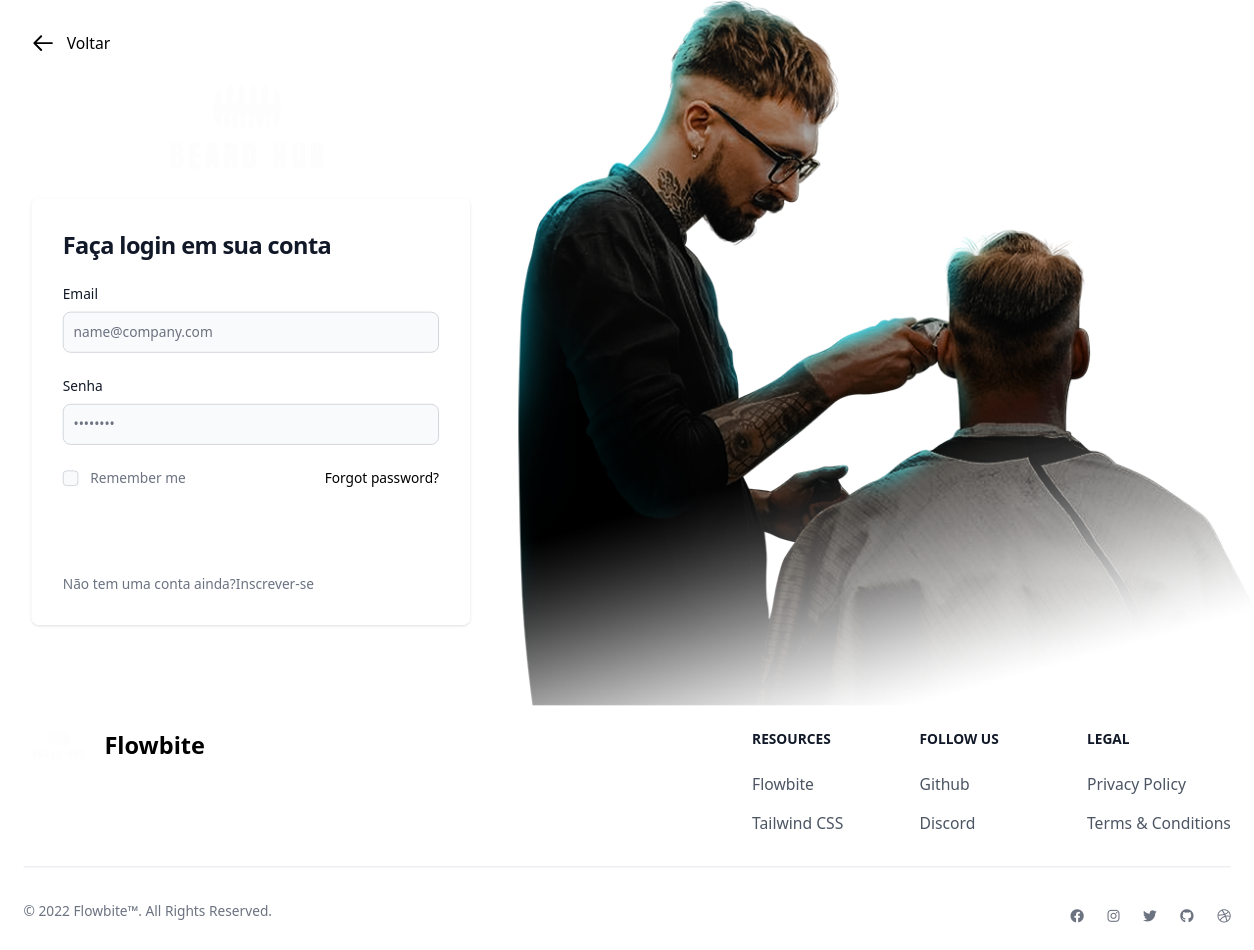
Repository: nailson493/BerdHub
Page: http://localhost/BerbeHub/login.php
These files come from the project's save history. The page is drawn as it stood at one moment and after the next save; the edit follows.
The browser window is 1280 px wide. The pictures show the whole page, at 98% of full size.
Some web libraries are served in a nearby version. The page is run by PHP 8.4 with error messages shown; the project is at /var/www/html/.

Above is the page before, as saved 2022-12-01 22:07:21.

### BerbeHub/login.php
<!DOCTYPE html>
<html lang="en">
<head>
    <meta charset="UTF-8">
    <meta http-equiv="X-UA-Compatible" content="IE=edge">
    <meta name="viewport" content="width=device-width, initial-scale=1.0">
    <title></title>
    <link rel="stylesheet" href="https://unpkg.com/flowbite@1.5.4/dist/flowbite.min.css" />
    <script src="https://unpkg.com/flowbite@1.5.4/dist/flowbite.js"></script>
    <link rel="stylesheet" href="pg.css">
    <script src="https://cdn.tailwindcss.com"></script>
    <link
    href="https://cdnjs.cloudflare.com/ajax/libs/font-awesome/6.0.0/css/all.min.css" rel="stylesheet"/>

    <script src="https://cdn.tailwindcss.com?plugins=forms,typography,aspect-ratio,line-clamp"></script>
    <!-- Font Awesome -->
    <link
    href="https://cdnjs.cloudflare.com/ajax/libs/font-awesome/6.0.0/css/all.min.css" rel="stylesheet"/>


</head>
<body>
    <section class="dark:bg-gray-900 bg-local bg-no-repeat w-screen h-screen bg-right-top" style="background-image: url(img/ksdnakfaf.png)">
    <div class="sticky btn-back">
    <a href="inicial.html" class="fixed left-8 top-8 dark:text-white"><svg class="h-6 dark:text-white" fill="none" stroke="currentColor" viewBox="0 0 24 24" xmlns="http://www.w3.org/2000/svg"><path stroke-linecap="round" stroke-linejoin="round" stroke-width="2" d="M10 19l-7-7m0 0l7-7m-7 7h18"></path></svg><p class="ml-9 -mt-6">Voltar</p></a>
    </div>
        <div class="flex flex-col items-center justify-center md:h-screen content-center max-w-lg" >
            <a href="#" class="flex items-center mb-6 text-2xl font-semibold text-gray-900 dark:text-white">
                <img class="w-25 h-24 mr-2" id="logo" src="img/logo.png" alt="logo">
            </a>
            <div class="w-full bg-white rounded-lg shadow dark:border md:mt-0 sm:max-w-md xl:p-0 dark:bg-gray-800 dark:border-gray-700">
                <div class="p-6 space-y-4 md:space-y-6 sm:p-8">
                    <h1 class="text-xl font-bold leading-tight tracking-tight text-gray-900 md:text-2xl dark:text-white">
                        Faça login em sua conta
                    </h1>
                    <form class="space-y-4 md:space-y-6" action="#">
                        <div>
                            <label for="email" class="block mb-2 text-sm font-medium text-gray-900 dark:text-white">Email</label>
                            <input type="email" name="email" id="email" class="bg-gray-50 border border-gray-300 text-gray-900 sm:text-sm rounded-lg focus:ring-primary-600 focus:border-primary-600 block w-full p-2.5 dark:bg-gray-700 dark:border-gray-600 dark:placeholder-gray-400 dark:text-white dark:focus:ring-blue-500 dark:focus:border-blue-500" placeholder="name@company.com" required="">
                        </div>
                        <div>
                            <label for="password" class="block mb-2 text-sm font-medium text-gray-900 dark:text-white">Senha</label>
                            <input type="password" name="password" id="password" placeholder="••••••••" class="bg-gray-50 border border-gray-300 text-gray-900 sm:text-sm rounded-lg focus:ring-primary-600 focus:border-primary-600 block w-full p-2.5 dark:bg-gray-700 dark:border-gray-600 dark:placeholder-gray-400 dark:text-white dark:focus:ring-blue-500 dark:focus:border-blue-500" required="">
                        </div>
                        <div class="flex items-center justify-between">
                            <div class="flex items-start">
                                <div class="flex items-center h-5">
                                  <input id="remember" aria-describedby="remember" type="checkbox" class="w-4 h-4 border border-gray-300 rounded bg-gray-50 focus:ring-3 focus:ring-primary-300 dark:bg-gray-700 dark:border-gray-600 dark:focus:ring-primary-600 dark:ring-offset-gray-800" required="">
                                </div>
                                <div class="ml-3 text-sm">
                                  <label for="remember" class="text-gray-500 dark:text-gray-300">Remember me</label>
                                </div>
                            </div>
                            <a href="#" class="text-sm font-medium text-primary-600 hover:underline dark:text-primary-500">Forgot password?</a>
                        </div>
                        <button type="submit" class="w-full text-white bg-primary-600 hover:bg-primary-700 focus:ring-4 focus:outline-none focus:ring-primary-300 font-medium rounded-lg text-sm px-5 py-2.5 text-center dark:bg-primary-600 dark:hover:bg-primary-700 dark:focus:ring-primary-800">Sign in</button>
                        <p class="text-sm font-light text-gray-500 dark:text-gray-400">
                            Não tem uma conta ainda?<a href="#" class="font-medium text-primary-600 hover:underline dark:text-primary-500">Inscrever-se</a>
                        </p>
                    </form>
                </div>
            </div>
        </div>
      </section>


      <footer class="p-4 bg-white sm:p-6 dark:bg-gray-900">
        <div class="md:flex md:justify-between">
            <div class="mb-6 md:mb-0">
                <a href="https://flowbite.com/" class="flex items-center">
                    <img src="img/logo.png" class="mr-3 h-8" alt="FlowBite Logo" />
                    <span class="self-center text-2xl font-semibold whitespace-nowrap dark:text-white">Flowbite</span>
                </a>
            </div>
            <div class="grid grid-cols-2 gap-8 sm:gap-6 sm:grid-cols-3">
                <div>
                    <h2 class="mb-6 text-sm font-semibold text-gray-900 uppercase dark:text-white">Resources</h2>
                    <ul class="text-gray-600 dark:text-gray-400">
                        <li class="mb-4">
                            <a href="https://flowbite.com/" class="hover:underline">Flowbite</a>
                        </li>
                        <li>
                            <a href="https://tailwindcss.com/" class="hover:underline">Tailwind CSS</a>
                        </li>
                    </ul>
                </div>
                <div>
                    <h2 class="mb-6 text-sm font-semibold text-gray-900 uppercase dark:text-white">Follow us</h2>
                    <ul class="text-gray-600 dark:text-gray-400">
                        <li class="mb-4">
                            <a href="https://github.com/themesberg/flowbite" class="hover:underline ">Github</a>
                        </li>
                        <li>
                            <a href="https://discord.gg/4eeurUVvTy" class="hover:underline">Discord</a>
                        </li>
                    </ul>
                </div>
                <div>
                    <h2 class="mb-6 text-sm font-semibold text-gray-900 uppercase dark:text-white">Legal</h2>
                    <ul class="text-gray-600 dark:text-gray-400">
                        <li class="mb-4">
                            <a href="#" class="hover:underline">Privacy Policy</a>
                        </li>
                        <li>
                            <a href="#" class="hover:underline">Terms &amp; Conditions</a>
                        </li>
                    </ul>
                </div>
            </div>
        </div>
        <hr class="my-6 border-gray-200 sm:mx-auto dark:border-gray-700 lg:my-8" />
        <span class="text-sm text-gray-500 sm:text-center dark:text-gray">© 2022 <a href="https://flowbite.com/" class="hover:underline">Flowbite™</a>. All Rights Reserved.
        <div class="sm:flex sm:items-center sm:justify-between -mt-4">
            <span class="text-sm text-gray-500 sm:text-center dark:text-gray-4JUdGzvrMFDWrUUwY3toJATSeNwjn54LkCnKBPRzDuhzi5vSepHfUckJNxRL2gjkNrSqtCoRUrEDAgRwsQvVCjZbRyFTLRNyDmT1a1boZV"></span>
            <div class="flex mt-4 space-x-6 sm:justify-center sm:mt-0">
                <a href="#" class="text-gray-500 hover:text-gray-900 dark:hover:text-white">
                    <i class="fa-brands fa-facebook"></i>
                    <span class="sr-only">Facebook page</span>
                </a>
                <a href="#" class="text-gray-500 hover:text-gray-900 dark:hover:text-white">
                    <i class="fa-brands fa-instagram"></i>
                    <span class="sr-only">Instagram page</span>
                </a>
                <a href="#" class="text-gray-500 hover:text-gray-900 dark:hover:text-white">
                    <i class="fa-brands fa-twitter"></i>
                    <span class="sr-only">Twitter page</span>
                </a>
                <a href="#" class="text-gray-500 hover:text-gray-900 dark:hover:text-white">
                    <i class="fa-brands fa-github"></i>
                    <span class="sr-only">GitHub account</span>
                </a>
                <a href="#" class="text-gray-500 hover:text-gray-900 dark:hover:text-white">
                    <i class="fa-brands fa-dribbble"></i>
                    <span class="sr-only">Dribbbel account</span>
                </a>
            </div>
        </div>
    </footer>


    </body>
</html>

### BerbeHub/pg.css
#fundo{
    width: 400px;
    height: 200px;
    left: 0%;
    background-image: url(img/ksdnakfaf.png);
    background-repeat: no-repeat;
    background-attachment: fixed;
}




.btn-back:hover{
        width: 10px;
        height: 10px;
        animation: zoom-in-zoom-out 1s ease infinite;
      }

      @keyframes zoom-in-zoom-out {
        0% {
          transform: scale(0.9, 0.9);
        }
        50% {
          transform: scale(1.0, 1.0);
        }
        100% {
          transform: scale(1, 1);
        }
      }

After the next save:
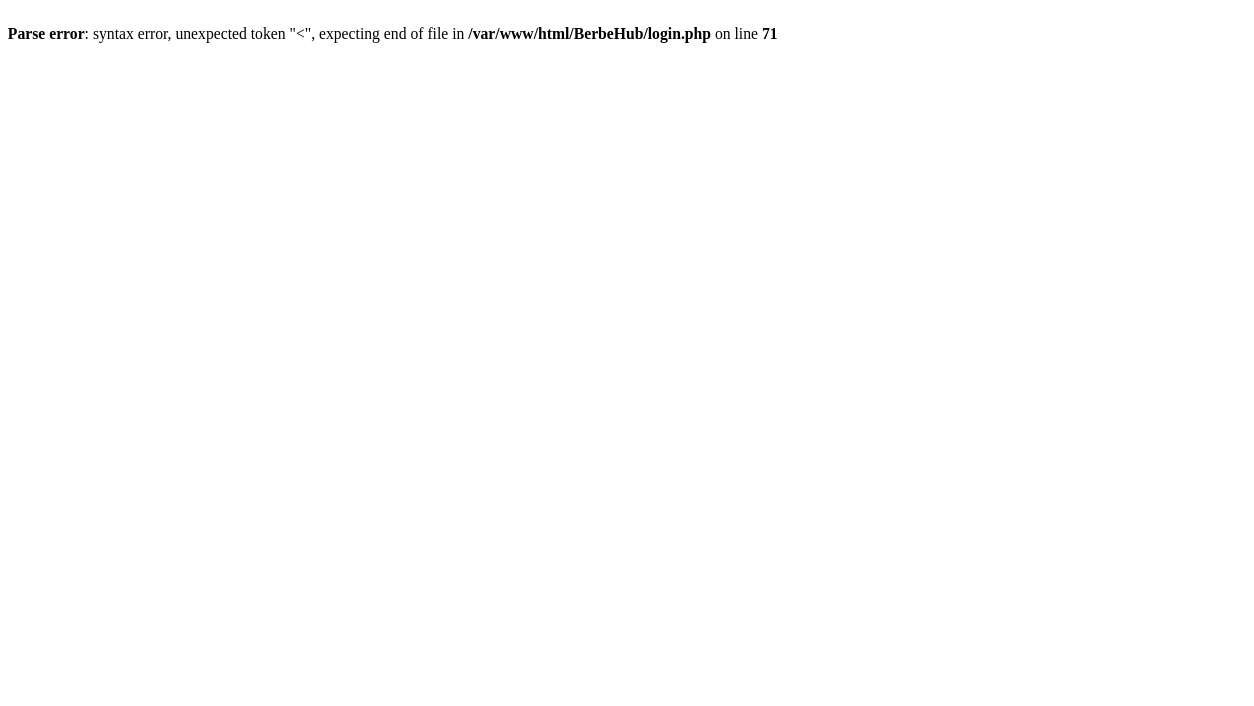
Saved 2 min 25 s later.
--- a/BerbeHub/login.php
+++ b/BerbeHub/login.php
@@ -64,78 +64,8 @@
       </section>
 
 
-      <footer class="p-4 bg-white sm:p-6 dark:bg-gray-900">
-        <div class="md:flex md:justify-between">
-            <div class="mb-6 md:mb-0">
-                <a href="https://flowbite.com/" class="flex items-center">
-                    <img src="img/logo.png" class="mr-3 h-8" alt="FlowBite Logo" />
-                    <span class="self-center text-2xl font-semibold whitespace-nowrap dark:text-white">Flowbite</span>
-                </a>
-            </div>
-            <div class="grid grid-cols-2 gap-8 sm:gap-6 sm:grid-cols-3">
-                <div>
-                    <h2 class="mb-6 text-sm font-semibold text-gray-900 uppercase dark:text-white">Resources</h2>
-                    <ul class="text-gray-600 dark:text-gray-400">
-                        <li class="mb-4">
-                            <a href="https://flowbite.com/" class="hover:underline">Flowbite</a>
-                        </li>
-                        <li>
-                            <a href="https://tailwindcss.com/" class="hover:underline">Tailwind CSS</a>
-                        </li>
-                    </ul>
-                </div>
-                <div>
-                    <h2 class="mb-6 text-sm font-semibold text-gray-900 uppercase dark:text-white">Follow us</h2>
-                    <ul class="text-gray-600 dark:text-gray-400">
-                        <li class="mb-4">
-                            <a href="https://github.com/themesberg/flowbite" class="hover:underline ">Github</a>
-                        </li>
-                        <li>
-                            <a href="https://discord.gg/4eeurUVvTy" class="hover:underline">Discord</a>
-                        </li>
-                    </ul>
-                </div>
-                <div>
-                    <h2 class="mb-6 text-sm font-semibold text-gray-900 uppercase dark:text-white">Legal</h2>
-                    <ul class="text-gray-600 dark:text-gray-400">
-                        <li class="mb-4">
-                            <a href="#" class="hover:underline">Privacy Policy</a>
-                        </li>
-                        <li>
-                            <a href="#" class="hover:underline">Terms &amp; Conditions</a>
-                        </li>
-                    </ul>
-                </div>
-            </div>
-        </div>
-        <hr class="my-6 border-gray-200 sm:mx-auto dark:border-gray-700 lg:my-8" />
-        <span class="text-sm text-gray-500 sm:text-center dark:text-gray">© 2022 <a href="https://flowbite.com/" class="hover:underline">Flowbite™</a>. All Rights Reserved.
-        <div class="sm:flex sm:items-center sm:justify-between -mt-4">
-            <span class="text-sm text-gray-500 sm:text-center dark:text-gray-4JUdGzvrMFDWrUUwY3toJATSeNwjn54LkCnKBPRzDuhzi5vSepHfUckJNxRL2gjkNrSqtCoRUrEDAgRwsQvVCjZbRyFTLRNyDmT1a1boZV"></span>
-            <div class="flex mt-4 space-x-6 sm:justify-center sm:mt-0">
-                <a href="#" class="text-gray-500 hover:text-gray-900 dark:hover:text-white">
-                    <i class="fa-brands fa-facebook"></i>
-                    <span class="sr-only">Facebook page</span>
-                </a>
-                <a href="#" class="text-gray-500 hover:text-gray-900 dark:hover:text-white">
-                    <i class="fa-brands fa-instagram"></i>
-                    <span class="sr-only">Instagram page</span>
-                </a>
-                <a href="#" class="text-gray-500 hover:text-gray-900 dark:hover:text-white">
-                    <i class="fa-brands fa-twitter"></i>
-                    <span class="sr-only">Twitter page</span>
-                </a>
-                <a href="#" class="text-gray-500 hover:text-gray-900 dark:hover:text-white">
-                    <i class="fa-brands fa-github"></i>
-                    <span class="sr-only">GitHub account</span>
-                </a>
-                <a href="#" class="text-gray-500 hover:text-gray-900 dark:hover:text-white">
-                    <i class="fa-brands fa-dribbble"></i>
-                    <span class="sr-only">Dribbbel account</span>
-                </a>
-            </div>
-        </div>
-    </footer>
+      <?php
+
 
 
     </body>
